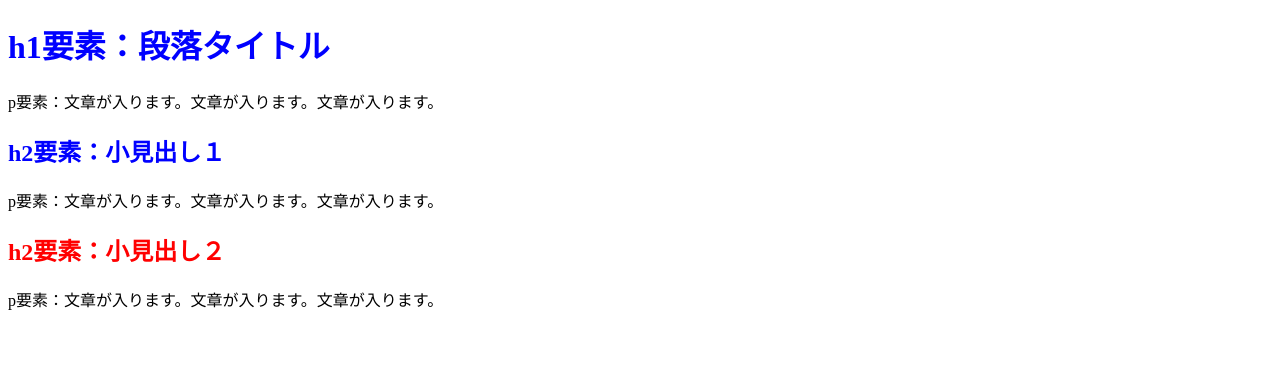
Repository: komikomi650/samurai_HTML-CSS
Page: samurai1/index.html
The author's editor kept a record of every edit. The page is drawn from the files as they stood at one moment, then again after the next edit.
The browser window is 1280 px wide. The pictures show the whole page.

Above is the page before.

After the next edit:
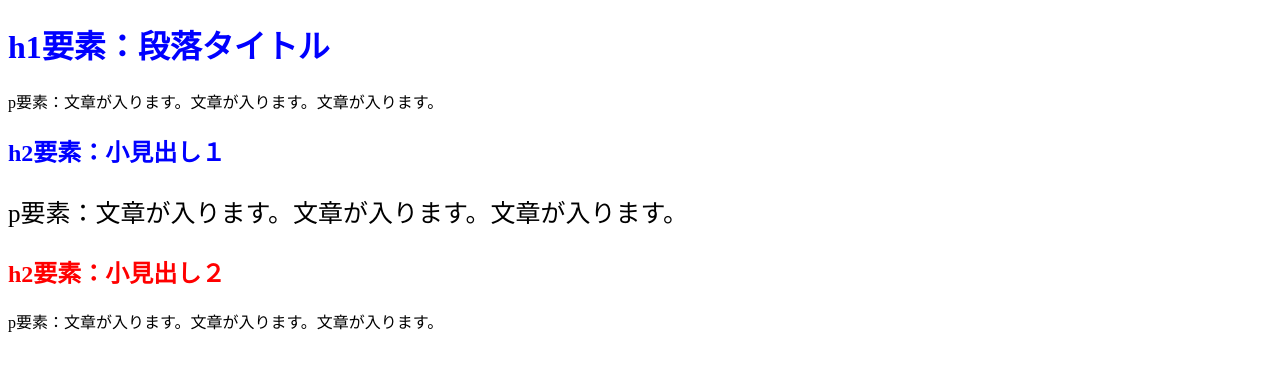
The edit:
--- a/samurai1/index.html
+++ b/samurai1/index.html
@@ -3,6 +3,8 @@
 <head>
     <meta charset="UTF-8">
     <title>HTML/CSSの学習</title>
+    <!-- stylesheet.cssの読み込み-->
+    <link rel="stylesheet" href="stylesheet.css">
     <style>
         .red {
             color: red;
